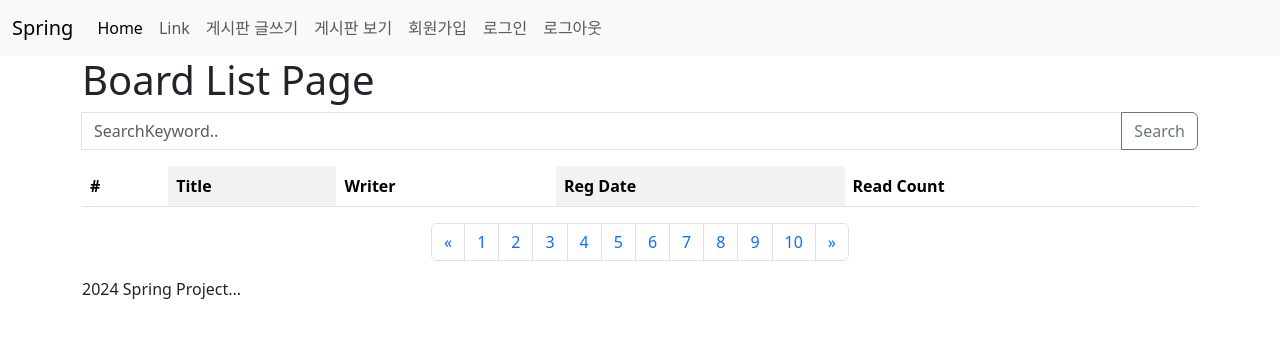
Repository: gajami-kim/240430_Spring_Study
Page: http://localhost/spring_study/WEB-INF/views/board/list.jsp
The author's editor kept a copy of each file at every save. The page is drawn from the files as they stood at one save, then again after the next save.
The browser window is 1280 px wide. The pictures show the whole page.
The page is served by Tomcat 9. Nobody is signed in. The template is opened directly, without the code that normally fills it, so the values that code supplies are empty.

Above is the page before, as saved 2024-04-24 08:43:09.

### spring_study/src/main/webapp/WEB-INF/views/board/list.jsp
<%@ page language="java" contentType="text/html; charset=UTF-8"
    pageEncoding="UTF-8"%>
    <%@ taglib uri="http://java.sun.com/jsp/jstl/core" prefix="c" %>
<jsp:include page="../layout/header.jsp" />
<div class="container-sm">
	<h1>Board List Page</h1>

	<!-- 검색라인 -->
	<form action="">
		<div class="input-group mb-3">
		  <select class="dropdown-menu" id="inputGroupSelect02">
		    <option selected>Choose...</option>
		    <option value="t">Title</option>
		    <option value="w">Writer</option>
		    <option value="c">Content</option>
		  </select>
		  <input type="text" class="form-control" aria-label="Text input with segmented dropdown button" name="keyword" placeholder="SearchKeyword..">
		  <button class="btn btn-outline-secondary" type="button">Search</button>
		</div>
	</form>
	<table class="table table-striped-columns">
		<thead>
			<tr>
				<th>#</th>
				<th>Title</th>
				<th>Writer</th>
				<th>Reg Date</th>
				<th>Read Count</th>
			</tr>
		</thead>
		<c:forEach items="${list }" var="bvo">
		<tbody>
			<tr>
				<td>${bvo.bno }</td>
				<td><a href="/board/detail?bno=${bvo.bno }">${bvo.title }</a></td>
				<td>${bvo.writer }</td>
				<td>${bvo.reg_date }</td>
				<td>${bvo.read_count }</td>
			</tr>
		</tbody>
		</c:forEach>
	</table>
	<!-- 페이지네이션 라인 -->
	<nav aria-label="Page navigation example">
	  <ul class="pagination justify-content-center">
	    <li class="page-item">
	      <a class="page-link" href="#" aria-label="Previous">
	        <span aria-hidden="true">&laquo;</span>
	      </a>
	    </li>
	    <c:forEach begin="1" end="10" var="i">
		    <li class="page-item"><a class="page-link" href="#">${i }</a></li>
	    </c:forEach>
	    <li class="page-item">
	      <a class="page-link" href="#" aria-label="Next">
	        <span aria-hidden="true">&raquo;</span>
	      </a>
	    </li>
	  </ul>
	</nav>
</div>
<jsp:include page="../layout/footer.jsp" />

### spring_study/src/main/webapp/WEB-INF/views/layout/header.jsp
<%@ page language="java" contentType="text/html; charset=UTF-8"
    pageEncoding="UTF-8"%>
<!DOCTYPE html>
<html>
<head>
<meta charset="UTF-8">
<title>header.jsp</title>
</head>
<link href="https://cdn.jsdelivr.net/npm/bootstrap@5.3.3/dist/css/bootstrap.min.css" rel="stylesheet" integrity="sha384-QWTKZyjpPEjISv5WaRU9OFeRpok6YctnYmDr5pNlyT2bRjXh0JMhjY6hW+ALEwIH" crossorigin="anonymous">
<script src="https://cdn.jsdelivr.net/npm/bootstrap@5.3.3/dist/js/bootstrap.bundle.min.js" integrity="sha384-YvpcrYf0tY3lHB60NNkmXc5s9fDVZLESaAA55NDzOxhy9GkcIdslK1eN7N6jIeHz" crossorigin="anonymous"></script>
<body>
<nav class="navbar navbar-expand-lg bg-body-tertiary">
  <div class="container-fluid">
    <a class="navbar-brand" href="#">Spring</a>
    <button class="navbar-toggler" type="button" data-bs-toggle="collapse" data-bs-target="#navbarSupportedContent" aria-controls="navbarSupportedContent" aria-expanded="false" aria-label="Toggle navigation">
      <span class="navbar-toggler-icon"></span>
    </button>
    <div class="collapse navbar-collapse" id="navbarSupportedContent">
      <ul class="navbar-nav me-auto mb-2 mb-lg-0">
        <li class="nav-item">
          <a class="nav-link active" aria-current="page" href="#">Home</a>
        </li>
        <li class="nav-item">
          <a class="nav-link" href="#">Link</a>
        </li>
        <li class="nav-item">
          <a class="nav-link" href="/board/register">게시판 글쓰기</a>
        </li>
        <li class="nav-item">
          <a class="nav-link" href="/board/list">게시판 보기</a>
        </li>
        <li class="nav-item">
          <a class="nav-link" href="#">회원가입</a>
        </li>
        <li class="nav-item">
          <a class="nav-link" href="#">로그인</a>
        </li>
        <li class="nav-item">
          <a class="nav-link" href="#">로그아웃</a>
        </li>
      </ul>
    </div>
  </div>
</nav>

### spring_study/src/main/webapp/WEB-INF/views/layout/footer.jsp
<%@ page language="java" contentType="text/html; charset=UTF-8"
    pageEncoding="UTF-8"%>

<div class="container-sm">
	2024 Spring Project...
</div>

</body>
</html>

After the next save:
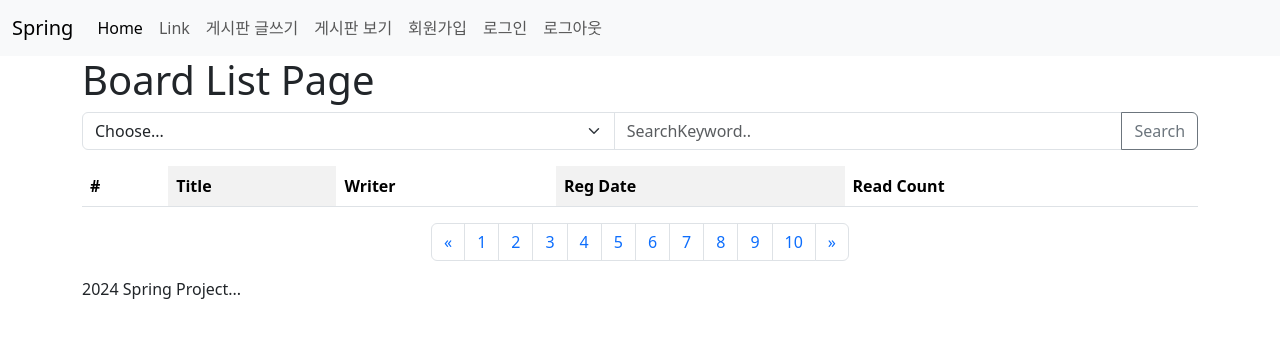
Saved 6 s later.
--- a/spring_study/src/main/webapp/WEB-INF/views/board/list.jsp
+++ b/spring_study/src/main/webapp/WEB-INF/views/board/list.jsp
@@ -8,7 +8,7 @@
 	<!-- 검색라인 -->
 	<form action="">
 		<div class="input-group mb-3">
-		  <select class="dropdown-menu" id="inputGroupSelect02">
+		  <select class="form-select" id="inputGroupSelect02">
 		    <option selected>Choose...</option>
 		    <option value="t">Title</option>
 		    <option value="w">Writer</option>
